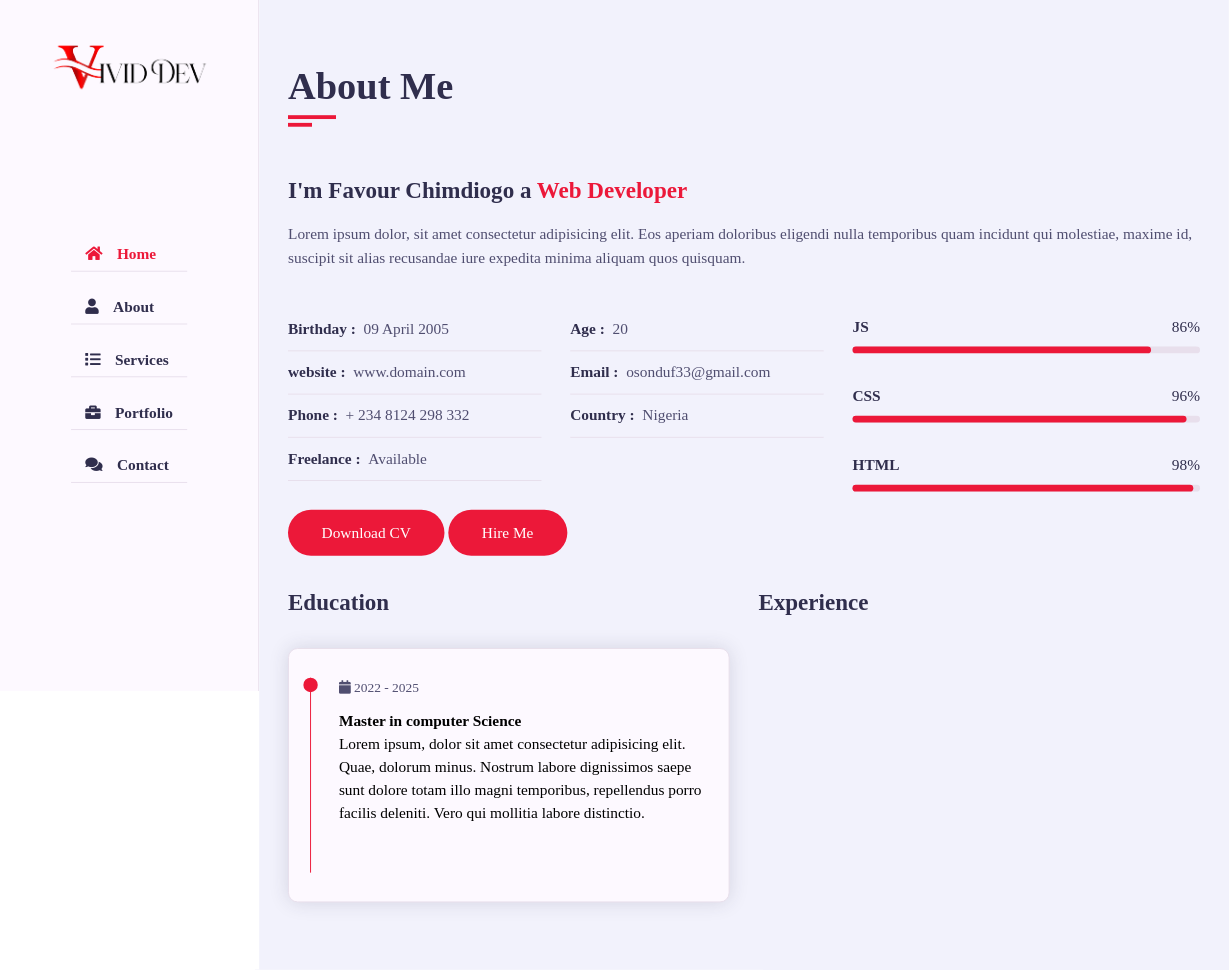
Repository: Big-Fave1/vivid-dev-portfolio
Page: build/index.html
The author's editor kept a copy of each file at every save. The page is drawn from the files as they stood at one save, then again after the next save.
The browser window is 1280 px wide. The pictures show the whole page, at 96% of full size.
Some web fonts or font styles are not loaded; a fallback is used.

Above is the page before, as saved 2025-05-30 15:39:43.

### build/index.html
<!DOCTYPE html>
<html lang="en">
<head>
    <meta charset="UTF-8">
    <meta name="viewport" content="width=device-width, initial-scale=1.0">
    <title>Vivid Dev Portfolio</title>
    <link rel="stylesheet" href="css/style.css">
    <link rel="stylesheet" href="css/color-1.css">
    <link rel="stylesheet" href="https://cdnjs.cloudflare.com/ajax/libs/font-awesome/5.15.4/css/all.min.css">
</head>
<body>
    <!--- ==== main container Start==== -->
    <div class="main-container"></div>
    <!--- ==== Aside Start === -->
    <div class="aside">
        <div class="logo">
        <a href="#"><img src="img/vivid 3.png" alt=""></a>
        </div>
        <div class="nav-toggler">
            <i class="fa fa-bars" aria-hidden="true"></i>
        </div>
        <ul class="nav">
            <li><a href="#" class="active"><i class="fa fa-home"></i>Home</a></li>
            <li><a href="#"><i class="fa fa-user"></i>About</a></li>
            <li><a href="#"><i class="fa fa-list"></i>Services</a></li>
            <li><a href="#"><i class="fa fa-briefcase"></i>Portfolio</a></li>
            <li><a href="#"><i class="fa fa-comments"></i>Contact</a></li>
        </ul>
    </div>
    <!--- ==== Aside End === -->
    <!--- ==== Main content Start === -->
    <div class="main-content">
        <!--- === Home Section Start === -->
        <section class="home section hidden">
            <div class="container">
                <div class="row">
                    <div class="home-info padd-15">
                        <h3 class="hello">Hello, my name is <span class="name">Favour Chimdiogo</span></h3>
                        <h3 class="my-profession">I'm a <Span class="typing">Web Developer</Span></h3>
                        <p>I'm a web designer with extensive experience for over a year.My expertise is to create a website design, and many more...</p>
                    <a href="#contact" class="btn hire-me">Hire Me</a>
                    </div>
                    <div class="home-img padd-15">
                        <img src="img/home image.jpg" alt="">
                    </div>
                </div>
            </div>
        </section>
    <!--- === Home Section End === -->
    <!--- === About  Section Start === -->
        <section class="about section">
            <div class="container">
                <div class="row">
                    <div class="section-title padd-15">
                        <h2>About Me</h2>
                    </div>
                </div>
                <div class="row">
                    <div class="about-content padd-15">
                        <div class="row">
                            <div class="about-text padd-15">
                                <h3>I'm Favour Chimdiogo a <span>Web Developer</span></h3>
                                <p>Lorem ipsum dolor, sit amet consectetur adipisicing elit. Eos aperiam doloribus eligendi nulla temporibus quam incidunt qui molestiae, maxime id, suscipit sit alias recusandae iure expedita minima aliquam quos quisquam.</p>
                            </div>
                        </div>
                        <div class="row">
                            <div class="personal-info padd-15">
                                <div class="row">
                                    <div class="info-item padd-15">
                                        <p>Birthday : <span>09 April 2005</span></p>
                                    </div>
                                    <div class="info-item padd-15">
                                        <p>Age : <span>20</span></p>
                                    </div>
                                    <div class="info-item padd-15">
                                        <p>website : <span>www.domain.com</span></p>
                                    </div>
                                    <div class="info-item padd-15">
                                        <p>Email : <span>osonduf33@gmail.com</span></p>
                                    </div>
                                    <div class="info-item padd-15">
                                        <p>Phone : <span>+ 234 8124 298 332</span></p>
                                    </div>
                                    <div class="info-item padd-15">
                                        <p>Country : <span>Nigeria</span></p>
                                    </div>
                                    <div class="info-item padd-15">
                                        <p>Freelance : <span>Available</span></p>
                                    </div>
                                </div>
                                <div class="row">
                                    <div class="buttons padd-15">
                                        <a href="#" class="btn">Download CV</a>
                                        <a href="#contact" class="btn hire-me padd-15">Hire Me</a>
                                    </div>
                                </div>
                            </div>
                            <div class="skills padd-15">
                                <div class="row">
                                    <div class="skill-item  padd-15">
                                        <h5>JS</h5>
                                        <div class="progress">
                                            <div class="progress-in" style="width: 86%;"></div>
                                            <div class="skill-percent">86%</div>
                                        </div>
                                    </div>
                                    <div class="skill-item  padd-15">
                                        <h5>CSS</h5>
                                        <div class="progress">
                                            <div class="progress-in" style="width: 96%;"></div>
                                            <div class="skill-percent">96%</div>
                                        </div>
                                    </div>
                                    <div class="skill-item  padd-15">
                                        <h5>HTML</h5>
                                        <div class="progress">
                                            <div class="progress-in" style="width: 98%;"></div>
                                            <div class="skill-percent">98%</div>
                                        </div>
                                    </div>
                                </div>
                            </div>
                        </div>
                        <div class="row">
                            <div class="education padd-15">
                                <h3 class="title">Education</h3>
                                <div class="row">
                                    <div class="timeline-box padd-15">
                                        <div class="timeline shadow-dark">
                                            <!-- ===== timeline item ==== -->
                                             <div class="timeline-item">
                                                <div class="circle-dot"></div>
                                                <h3 class="timeline-date">
                                                    <i class="fa fa-calendar"></i> 2022 - 2025
                                                </h3>
                                                <h4 class="timeline-title">Master in computer Science</h4>
                                                <p class="timeline-text">Lorem ipsum, dolor sit amet consectetur adipisicing elit. Quae, dolorum minus. Nostrum labore dignissimos saepe sunt dolore totam illo magni temporibus, repellendus porro facilis deleniti. Vero qui mollitia labore distinctio.</p>
                                             </div>
                                        </div>
                                    </div>
                                </div>
                            </div>
                            <div class="experience padd-15">
                                <h3 class="title">Experience</h3>
                            </div>
                        </div>
                    </div>
                </div>
            </div>
        </section>
    <!--- === About  Section End === -->
    </div>
    <!--- ==== Main content End === -->
    <!--- ====main container End === -->
</body>
</html>

### build/css/style.css

@import url('https://fonts.googleapis.com/css2?family=Clicker+Script&family=Poppins:ital,wght@0,100;0,200;0,300;0,400;0,500;0,600;0,700;0,800;0,900;1,100;1,200;1,300;1,400;1,500;1,600;1,700;1,800;1,900&display=swap');

:root
{
    --bg-black-900:#f2f2fc;
    --bg-black-100:#fdf9ff;
    --bg-black-50:#e8dfec;
    --text-black-900:#302e4d;
    --text-black-700:#504e70;

}

body
{
    line-height:1.5;
    font-size:16px;
    font-family: 'Poppins'sans-serif;
}

*
{
    margin: 0;
    padding: 0;
    outline: none;
    text-decoration: none;
    text-decoration: none;
    box-sizing: border-box;
}
::before, ::after
{
    box-sizing: border-box;
}
ul
{
    list-style: none;
}
.section
{
    background:var(--bg-black-900);
    min-height: 100vh;
    display: block;
    padding: 0 30px;
    opacity: 1;
}
.hidden
{
    display: none !important;
}
.main-content
{
    padding-left: 270px;
}
.padd-15
{
    padding-left: 15px;
    padding-right: 15px;
}
.container{
    max-width: 1100px;
    width: 100%;
    margin: auto;
}
.section .container
{
    padding-top: 60px;
    padding-bottom: 70px;

}
.section-title
{
    flex: 0 0 100%;
    max-width: 100%;
    margin-bottom: 60px;

}
.section-title h2
{
    font-size: 40px;
    color: var(--text-black-900);
    font-weight: 700;
    position: relative;
}
.section-title h2::before
{
   content: '';
   height: 4px;
   width: 50px;
   background-color: var(--skin-color);
   position: absolute;
   top: 100%;
   left: 0;
}
.section-title h2::after
{
   content: '';
   height: 4px;
   width: 25px;
   background-color: var(--skin-color);
   position: absolute;
   top: 100%;
   left: 0;
   margin-top:8px;
}
.row
{
    display: flex;
    flex-wrap: wrap;
    margin-left: -15px;
    margin-right: -15px;
    position: relative;
}
.btn
{
    font-size: 16px;
    font-weight: 500;
    padding: 12px 35px;
    background: var(--skin-color);
    color: white;
    border: none;
    display: inline-block;
    white-space: nowrap;
    transition: all 0.3s ease;
    border-radius:40px;
}
.btn:hover
{
    transform: scale(1.05);
}
.shadow-dark
{
    box-shadow: 0 0 20px rgba(48, 46,77, 0.15);
}
/* aside */
.aside
{
width: 270px;
background:var(--bg-black-100);
position: fixed;
left: 0;
top: 0;
padding: 30px;
height: 100%;
border-right:1px solid var(--bg-black-50);
z-index: 10;
display: flex;
justify-content: center;
align-items: center;
}
.aside .logo
{
    position: absolute;
    top: -30px;
    ;
}
.aside .logo a
{
    color: var(--bg-black-900);
    font-weight: 700;
    padding: 15px 20px;
    font-size: 30px;
    position: relative;
}
/*.aside .logo a span
.aside .logo a:before
{
    content:'';
    position: absolute;
    width: 20px;
    height: 20px;
    border-bottom: 5px solid var(--skin-color);
    border-left: 5px solid var(--skin-color);
    bottom: 0;
    left: 0;

}
.aside .logo a:after
{
    content:'';
    position: absolute;
    width: 20px;
    height: 20px;
    border-top: 5px solid var(--skin-color);
    border-right: 5px solid var(--skin-color);
    top: 0;
    right: 0;

}
    */
.aside .nav-toggler
{
    height: 40px;
    width: 45px;
    border: 1px solid var(--bg-black-50);
    cursor: pointer;
    position: fixed;
    left: 300px;
    top: 20px;
    color: var(--skin-color);
    border-radius: 5px;
    background:var(--bg-black-100);
    display: none;
    align-items:center;
    justify-content: center;
}
.aside .nav
{
    margin-top: 50px;
}
.aside .nav li
{
    margin-bottom: 20px;
    display: block;
}
.aside .nav li a
{
    font-size: 16px;
    font-weight: 600;
    display: block;
    border-bottom:1px solid var(--bg-black-50);
    color:var(--text-black-900);
    padding: 5px 15px;
}
.aside .nav li a.active
{
    color:var(--skin-color);
}
.aside .nav li a i
{
    margin-right: 15px;

}
/* home*/
.home
{
    min-height: 100vh;
    display: flex;
    color: var(--text-black-900);

}
.home-info
{
    flex: 0 60%;
    max-width: 60%;
}
h3.hello
{
    font-size: 28px;
    margin: 15PX 0;
}
h3.hello span
{
    font-family: 'clicker script', cursive;
    font-size: 30px;
    font-weight: 700;
    color:var(--skin-color);
}
h3.my-profession
{
    font-size:30px;
    margin: 15px 0;
}
.typing
{
    color: var(--skin-color);
}
.home-info p
{
    margin-bottom: 70px;
    font-size: 20px;
    color: var(--text-black-700);
}
.home .home-img
{
    flex: 0 0 40%;
    max-width: 40%;
    text-align: center;
    position: relative;
}
.home-img::after
{
    content: '';
    position: absolute;
    height: 80px;
    width: 80px;
    right: 20px;
    bottom: -40px;
    border-bottom: 10px solid var(--skin-color);
    border-right: 10px solid var(--skin-color);
}
.home-img::before
{
    content: '';
    position: absolute;
    height: 80px;
    width: 80px;
    left: -20px;
    top: -40px;
    border-top: 10px solid var(--skin-color);
    border-left: 10px solid var(--skin-color);
}
.home .home-img img
{
    margin: auto;
    border-radius:5px;
    height: 400px;
}
/* About */
.about .about-content
{
    flex: 0 0 100%;
    max-width: 100%;
}
.about .about-content .about-text
{
    flex: 0 0 100%;
    max-width: 100%;
}
.about .about-content .about-text h3
{
    font-size: 24px;
    margin-bottom: 15px;
    font-weight: 700;
    color:var(--text-black-900);
}
.about .about-content .about-text h3 span
{
    color:var(--skin-color);
}
.about .about-content .about-text p
{
    font-size:16px;
    line-height: 25px;
    color: var(--text-black-700);
}
.about .about-content .personal-info
{
    flex: 0 0 60%;
    max-width: 60%;
    margin-top: 40px;
}
.about .about-content .personal-info .info-item p
{
    font-weight: 600;
    padding: 10px 0;
    font-size: 16px;
    color: var(--text-black-900);
    border-bottom: 1px solid var(--bg-black-50);
}
.about .about-content .personal-info .info-item p span
{
    font-weight: 400;
    color: var(--text-black-700);
    margin-left: 4px;
    display: inline-block;
}
.about .about-content .personal-info .info-item
{
    flex: 0 0 50%;
    max-width: 50%;
}
.about .about-content .personal-info .buttons
{
    margin-top: 30px;

}
.about .about-content .personal-info .buttons.btn
{
    margin-right: 30px;
    margin-top: 10px;

}
.about .about-content .skills
{
    flex: 0 0 40%;
    max-width: 40%;
    margin-top: 40px;
}
.about .about-content .skills .skill-item
{
    flex: 0 0 100%;
    max-width: 100%;
}
.about .about-content .skills .skill-item h5
{

    line-height: 40px;
    font-weight: 600;
    font-size: 16px;
    color: var(--text-black-900);
    text-transform: capitalize;
}
.about .about-content .skills .skill-item .progress
{
    background-color: var(--bg-black-50);
    height: 7px;
    border-radius:  4px;
    width: 100%;
    position: relative;
}
.about .about-content .skills .skill-item
{
    margin-bottom: 25px;
}
.about .about-content .skills .skill-item .progress .progress-in
{
    position: absolute;
    left: 0;
    top: 0;
    height: 100%;
    border-radius: 4px;
    background-color: var(--skin-color);
}
.about .about-content .skills .skill-item .skill-percent
{
    position: absolute;
    right: 0;
    color: var(--text-black-900);
    top: -40px;
    font-weight: 400;
    line-height: 40px;
}
.about .about-content .education,
.about .about-content .experience
{
    flex: 0 0 50%;
    max-width: 50%;
    margin-top: 30px;
}
.about .about-content h3.title
{
    font-size: 24px;
    margin-bottom: 30px;
    font-weight: 700;
    color: var(--text-black-900);
}
.about .about-content .timeline
{
   background-color: var(--bg-black-100);
   padding: 30px 15px;
   border: 1px solid  var(--bg-black-50);
   border-radius: 10px;
   width: 100%;
   position: relative;
}
.about .about-content .timeline .timeline-item
{
    position: relative;
    padding-left:  37px;
    padding-bottom: 50px;
}
.about .about-content .timeline .timeline-item::before
{
    content: '';
    width: 1px;
    position: absolute;
    height: 100%;
    left: 7px;
    top: 0;
    background-color: var(--skin-color);
}
.about .about-content .timeline .circle-dot
{
    position: absolute;
    left: 0;
    top: 0;
    height: 15px;
    width: 15px;
    border-radius: 50%;
    background-color: var(--skin-color);
}
.about .about-content .timeline .timeline-date
{
    font-weight: 400;
    font-size: 14px;
    margin-bottom: 12px;
    color: var(--text-black-700);
}

### build/css/color-1.css

:root
{
    --skin-color:#ec1839;
}

After the next save:
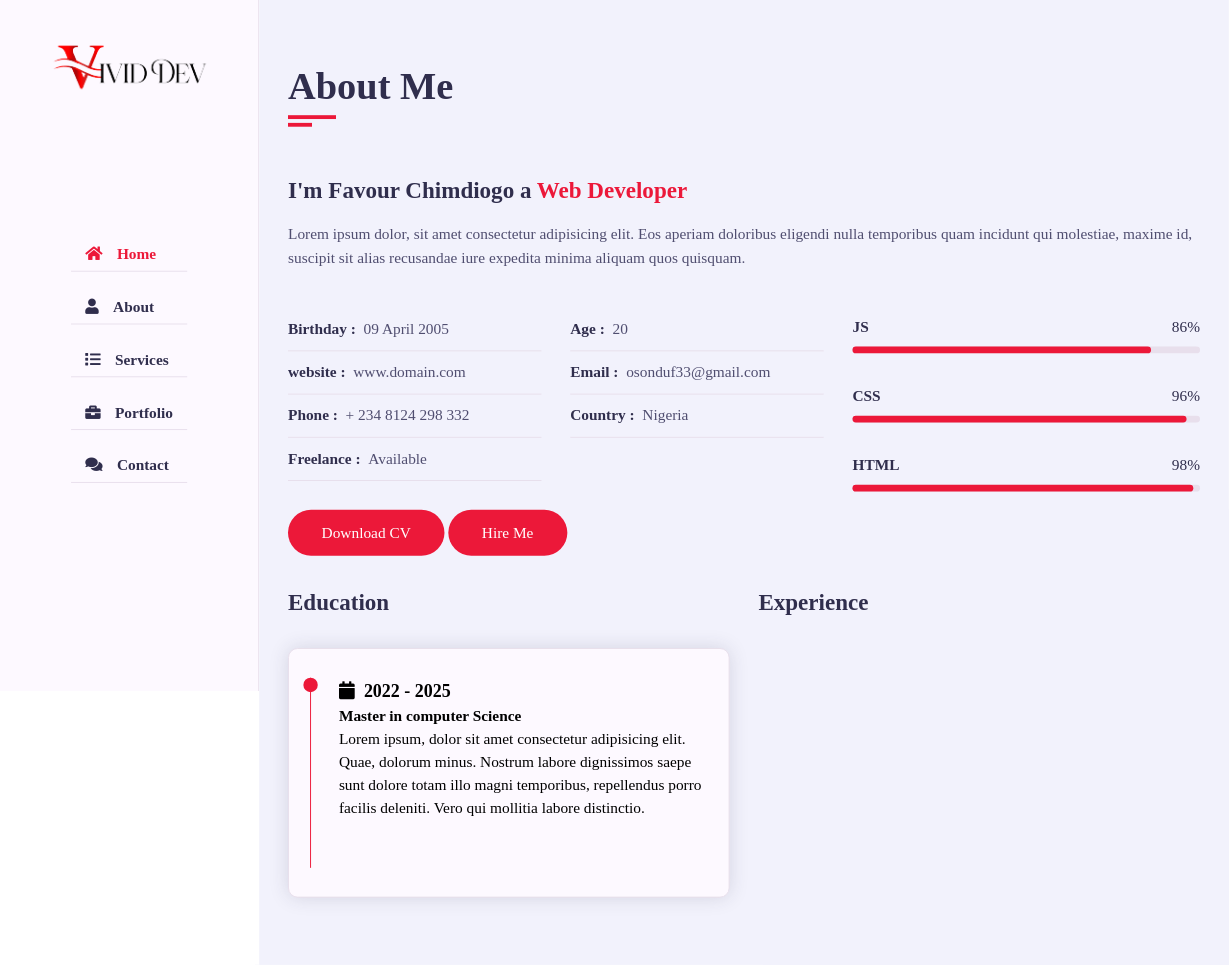
Saved 53 s later.
--- a/build/css/style.css
+++ b/build/css/style.css
@@ -469,10 +469,9 @@
     border-radius: 50%;
     background-color: var(--skin-color);
 }
-.about .about-content .timeline .timeline-date
-{
-    font-weight: 400;
-    font-size: 14px;
-    margin-bottom: 12px;
-    color: var(--text-black-700);
-}
+
+.about .about-content .timeline .timeline-date .fa
+{
+    margin-right: 5px;
+
+}

After the save that followed:
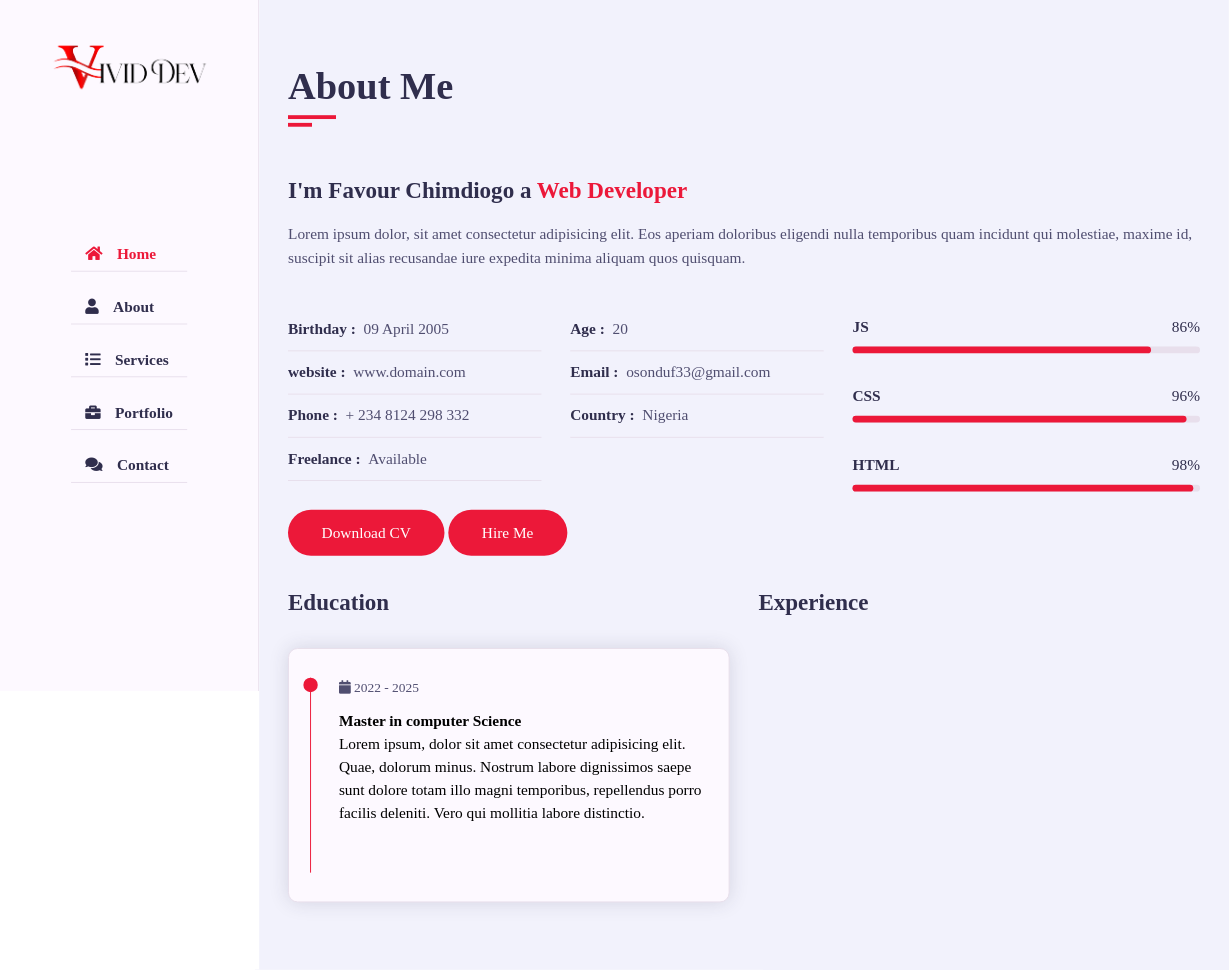
Saved 51 s later.
--- a/build/css/style.css
+++ b/build/css/style.css
@@ -470,8 +470,10 @@
     background-color: var(--skin-color);
 }
 
-.about .about-content .timeline .timeline-date .fa
-{
-    margin-right: 5px;
-
-}
+.about .about-content .timeline .timeline-date
+{
+    font-weight: 400;
+    font-size: 14px;
+    margin-bottom: 12px;
+    color: var(--text-black-700);
+}
